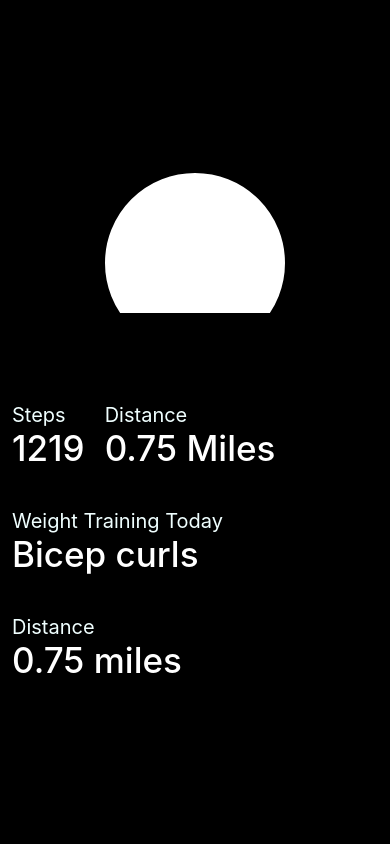
Repository: JamesPesenti/JiMTracker
Screen: /
The author's editor kept a copy of each file at every save. The screen is drawn from the files as they stood at one save, then again after the next save.
The app was drawn by React Native's web renderer in a window 390 px wide. The project was rebuilt for these pictures with package versions that can differ from the ones it lists, and the page was loaded fresh each time.

Above is the screen before, as saved 2023-06-16 14:25:19.

After the next save:
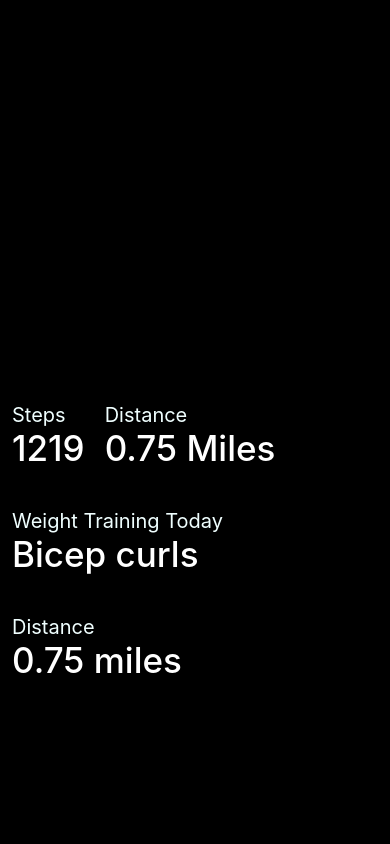
Saved 6 s later.
--- a/src/components/RingProgress.tsx
+++ b/src/components/RingProgress.tsx
@@ -16,7 +16,6 @@ const RingProgress = ({radius = 100, strokeWidth = 20}: RingProgressProps) => {
             cx={radius}
             cy={radius}
             r={radius}
-            fill={"white"}
             strokeWidth={strokeWidth}
             stroke={"black"}
          />
